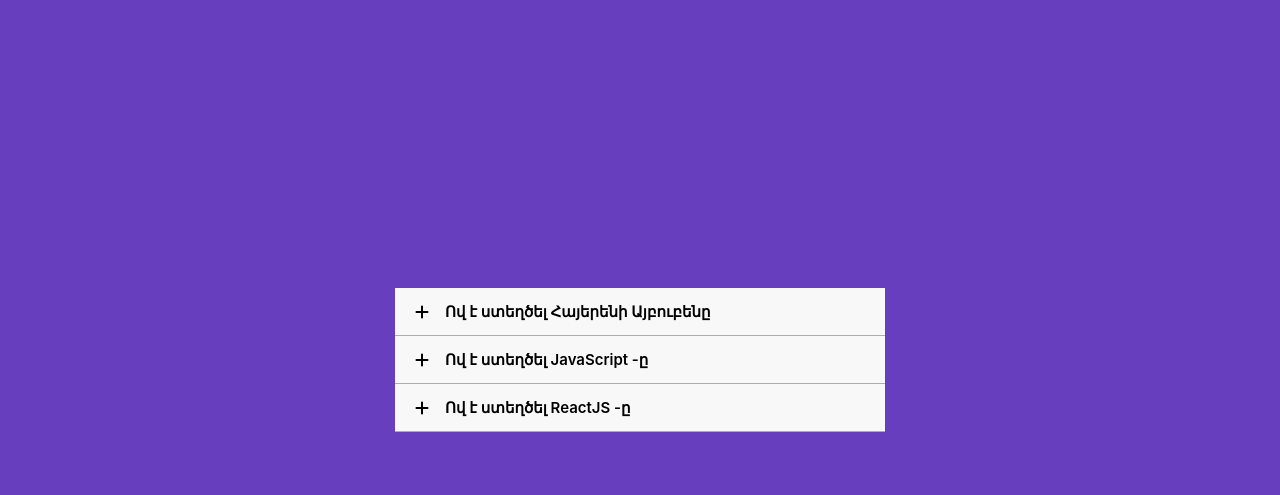
Repository: vardgeshakobyann/Accordion-ReactJS
Page: /
The author's editor kept a copy of each file at every save. The page is drawn from the files as they stood at one save, then again after the next save.
The browser window is 1280 px wide. The pictures show the whole page.
The project was rebuilt for these pictures with package versions that can differ from the ones it lists, and the page was loaded fresh each time.

Above is the page before, as saved 2025-06-11 09:28:43.

After the next save:
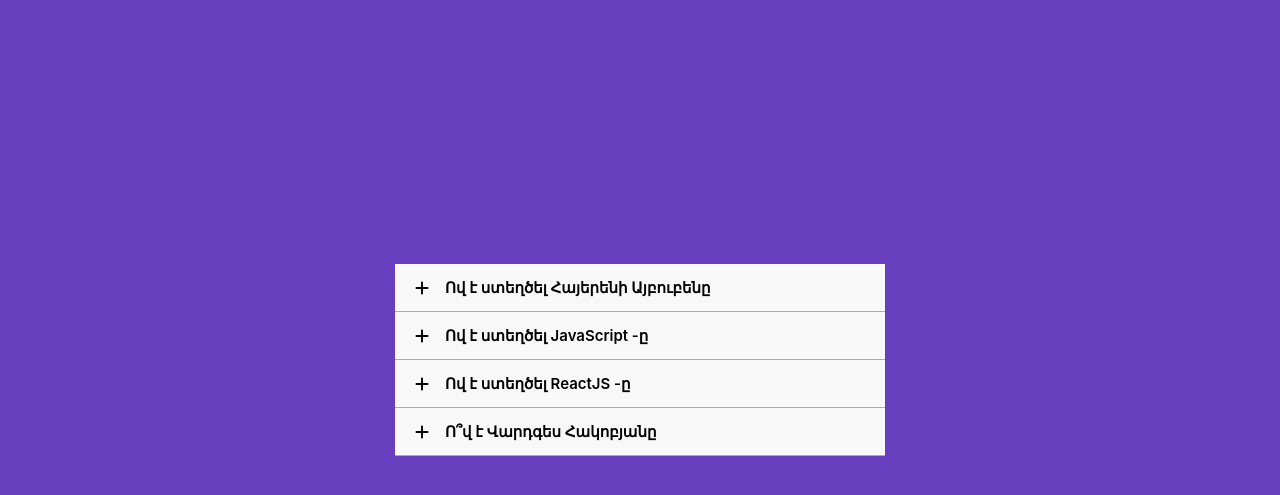
Saved 83 s later.
--- a/src/DB.js
+++ b/src/DB.js
@@ -16,5 +16,11 @@ export const data = [
         question: "Ով է ստեղծել ReactJS -ը",
         answer: "ReactJS -ը ստեղծել է meta ընկերությունը 2013թ -ին",
         isComplited: false
+    },
+    {
+        id: 4,
+        question: "Ո՞վ է Վարդգես Հակոբյանը",
+        anwser: "Վարդգես Հակոբյանը՝ ծրագրավորող է, ով ստեղծել է այս փոքրիկ վեբ հավելվածը",
+        isComplited: false
     }
 ];
